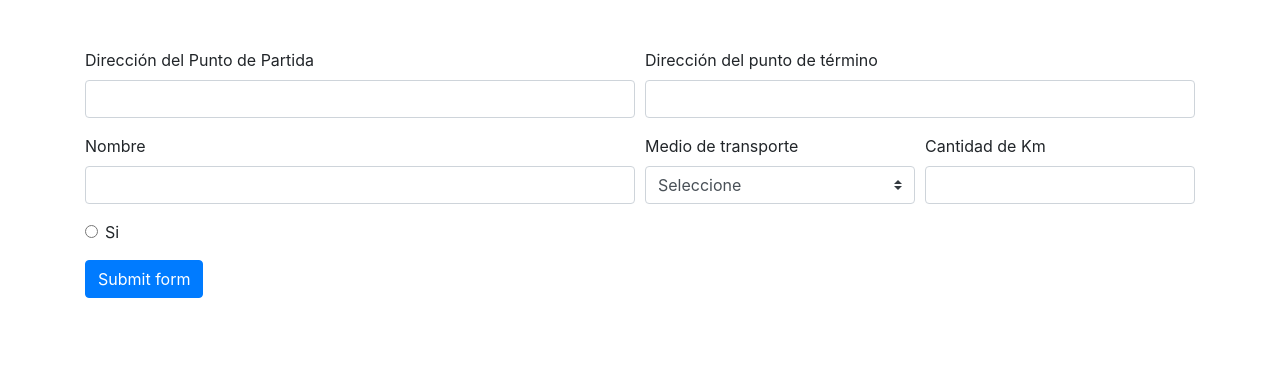
Repository: Jassan851031/foreachTask
Page: /
An editor plug-in stored every save of this project. The page is shown before and after the next save, followed by the edit.
The browser window is 1280 px wide. The pictures show the whole page.
The project was rebuilt for these pictures with package versions that can differ from the ones it lists, and the page was loaded fresh each time. Also part of the build but not shown: src/App.css.

Above is the page before, as saved 2020-03-23 15:13:57.

After the next save:
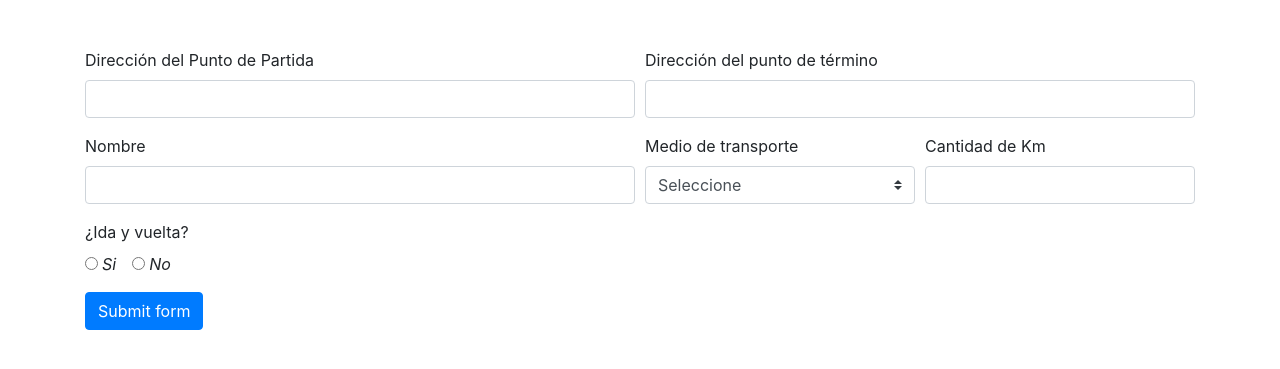
Saved 60 s later.
--- a/src/App.js
+++ b/src/App.js
@@ -38,15 +38,15 @@ function App() {
               </div>
             </div>
            <div className="row">
-             <div className="col-md-6">
-             <div className="form-group">
-              <div className="form-check">
-                <input className="form-check-input" type="radio" value="" id="invalidCheck1" required />
-                <label className="form-check-label" for="invalidCheck1">Si</label>
-
-              </div>
-            </div>
-             </div>
+           <div className="col-md-6">
+                                  <div className="form-group">
+                                    <label className="form-label">¿Ida y vuelta?</label><br />
+                                    <input className="select mr-1" type="radio" name="idavuelta" value="ida" />
+                                    <i className="si mr-3">Si</i>
+                                    <input className="select mr-1" type="radio" name="idavuelta" value="vuelta" />
+                                    <i className="no">No</i>
+                                  </div>
+                                </div>
            </div>
             <button className="btn btn-primary" type="submit">Submit form</button>
           </form>
